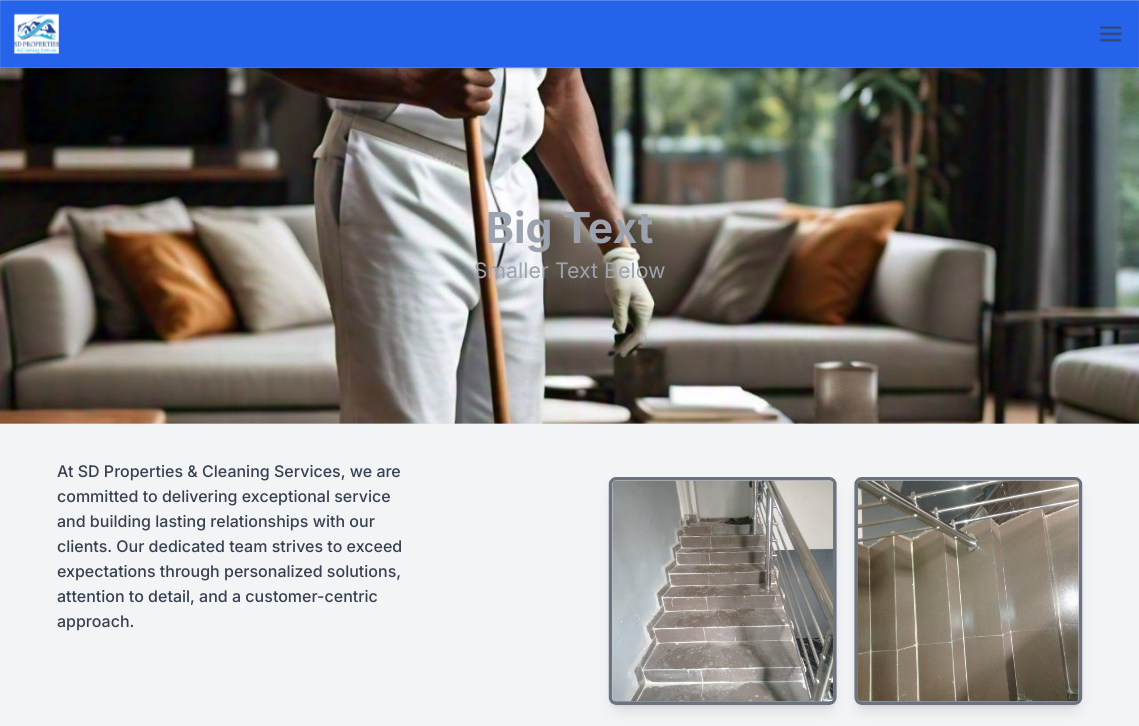
Repository: devmskhan/sdpropandclean
Page: /
The author's editor kept a copy of each file at every save. The page is drawn from the files as they stood at one save, then again after a run of saves.
The browser window is 1280 px wide. The pictures show the whole page, at 89% of full size.
The project was rebuilt for these pictures with package versions that can differ from the ones it lists, and the page was loaded fresh each time. The framework's server and built-in components were replaced by stand-ins that run in the browser. Also part of the build but not shown: next.config.mjs.

Above is the page before, as saved 2024-09-03 12:36:41.

### app/layout.tsx
import type { Metadata } from "next";
import { Inter } from "next/font/google";
import "./globals.css";

const inter = Inter({ subsets: ["latin"] });

export const metadata: Metadata = {
  title: "SD Properties & Cleaning",
  description: "Provision of Houses and Cleanliness of Homes is our apex goal",
};

export default function RootLayout({
  children,
}: Readonly<{
  children: React.ReactNode;
}>) {
  return (
    <html lang="en">
      <body className={inter.className}>{children}</body>
    </html>
  );
}

### app/page.tsx
import Header from '../components/Header';
import Body from '../components/Body';

export default function Home() {
  return (
    <main className="min-h-screen bg-gray-200">
      <Header />
      <Body />
    </main>
  );
}

### components/Header.tsx
import Image from "next/image";
import { Bars3Icon } from '@heroicons/react/24/solid'


function Header() {
    return (
      <header className="sticky top-0 z-10 flex justify-between items-center p-4 bg-blue-600 shadow-md">
      <div className="flex items-center">
        <Image
          src="/sdlogo.jpg"
          alt="Logo"
          width={50}
          height={50}
          className="cursor-pointer"
        />
      </div>

      <div className="cursor-pointer">
        <Bars3Icon className="h-8 w-8 text-gray-700" />
      </div>
    </header>

    )
}

export default Header;

### components/Body.tsx



function Body() {
    return (
        <div>
            <div className="relative w-full h-[400px] bg-cover bg-center text-gray-400"
         style={{ backgroundImage: 'url("/pic1.jpg")' }}>
      <div className="absolute inset-0 flex flex-col justify-center items-center text-center">
        {/* Larger Text */}
        <h1 className="text-5xl font-bold mb-2">
          Big Text
        </h1>
        {/* Smaller Text */}
        <p className="text-2xl">
          Smaller Text Below
        </p>
      </div>
    </div>

    <div>

    </div>

      <div className="flex justify-between p-6 bg-gray-100">
  <div className="max-w-md text-left mr-12"> {/* Increased margin-right for larger space */}
    <p className="text-lg font-medium text-gray-700 mt-4 ml-10">
      At SD Properties & Cleaning Services, we are committed to delivering exceptional service and building lasting relationships with our clients. Our dedicated team strives to exceed expectations through personalized solutions, attention to detail, and a customer-centric approach.
    </p>
  </div>
  <div className="flex space-x-5 mt-4 mr-10">
  <img src="stairsb.jpg" alt="Top Image" className="mt-5 w-64 h-64 rounded-lg shadow-lg border-gray-500 border-solid border-4" />
  <img src="stairsaft.jpg" alt="Bottom Image" className="mt-5 w-64 h-64 rounded-lg shadow-lg border-gray-500 border-solid border-4" />
  </div>
</div>


        </div>


    )
}

export default Body;

Loaded but not shown: app/globals.css (common file); tailwind.config.ts (common file)

After the next 8 saves:
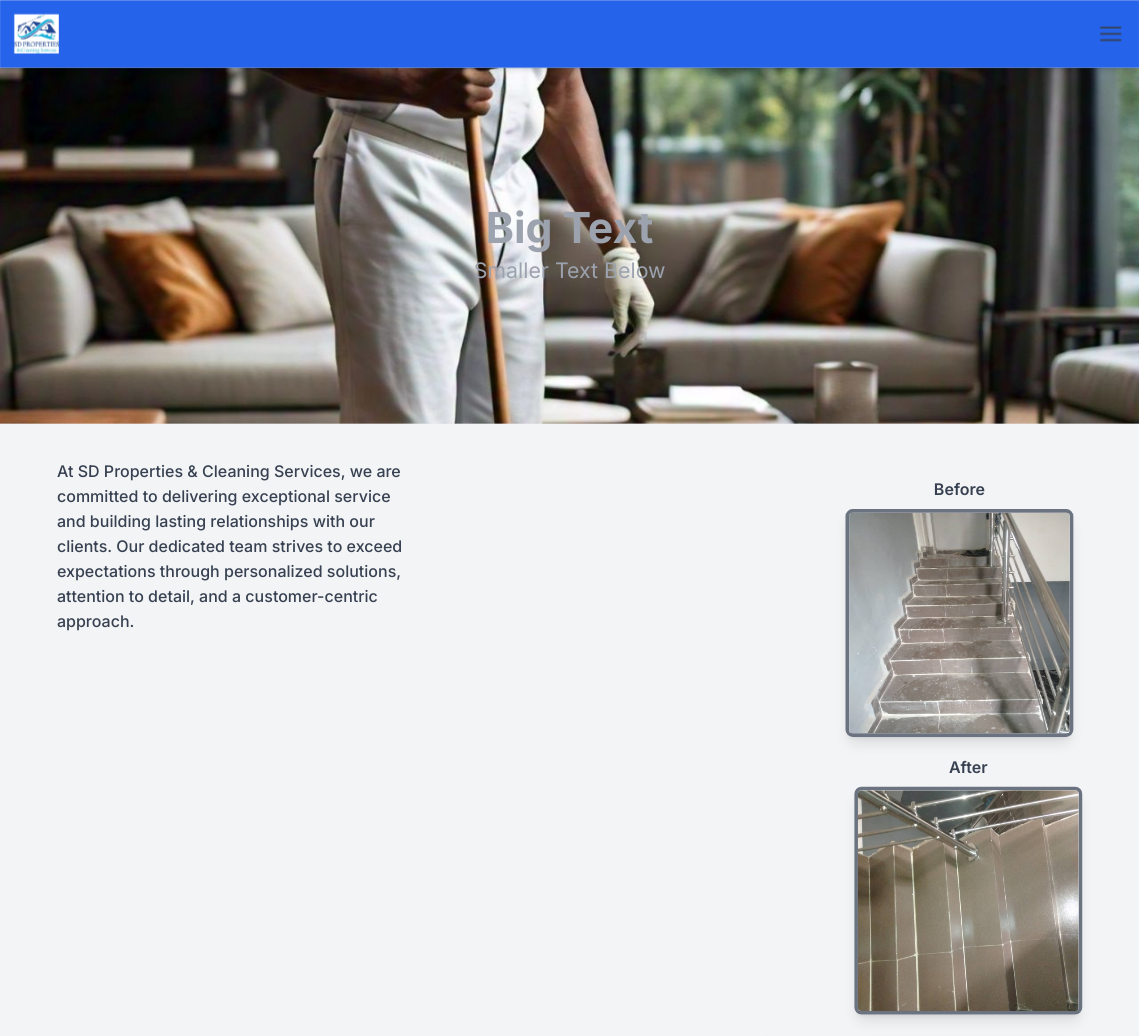
The 8 saves are shown as one change because 4 did not build or start and some came seconds apart.
The last was saved 34 min 33 s later.
--- a/components/Body.tsx
+++ b/components/Body.tsx
@@ -28,10 +28,19 @@ function Body() {
       At SD Properties & Cleaning Services, we are committed to delivering exceptional service and building lasting relationships with our clients. Our dedicated team strives to exceed expectations through personalized solutions, attention to detail, and a customer-centric approach.
     </p>
   </div>
-  <div className="flex space-x-5 mt-4 mr-10">
-  <img src="stairsb.jpg" alt="Top Image" className="mt-5 w-64 h-64 rounded-lg shadow-lg border-gray-500 border-solid border-4" />
-  <img src="stairsaft.jpg" alt="Bottom Image" className="mt-5 w-64 h-64 rounded-lg shadow-lg border-gray-500 border-solid border-4" />
+  <div className="flex flex-col items-center mt-4 mr-10 space-x-5">
+  {/* First Image with "Before" text */}
+  <div className="mt-5 text-center">
+    <span className="block mb-2 text-lg font-semibold text-gray-700">Before</span>
+    <img src="stairsb.jpg" alt="Top Image" className="w-64 h-64 rounded-lg shadow-lg border-gray-500 border-solid border-4" />
   </div>
+
+  {/* Second Image with "After" text */}
+  <div className="mt-5 text-center">
+    <span className="block mb-2 text-lg font-semibold text-gray-700">After</span>
+    <img src="stairsaft.jpg" alt="Bottom Image" className="w-64 h-64 rounded-lg shadow-lg border-gray-500 border-solid border-4" />
+  </div>
+</div>
 </div>
 
 
